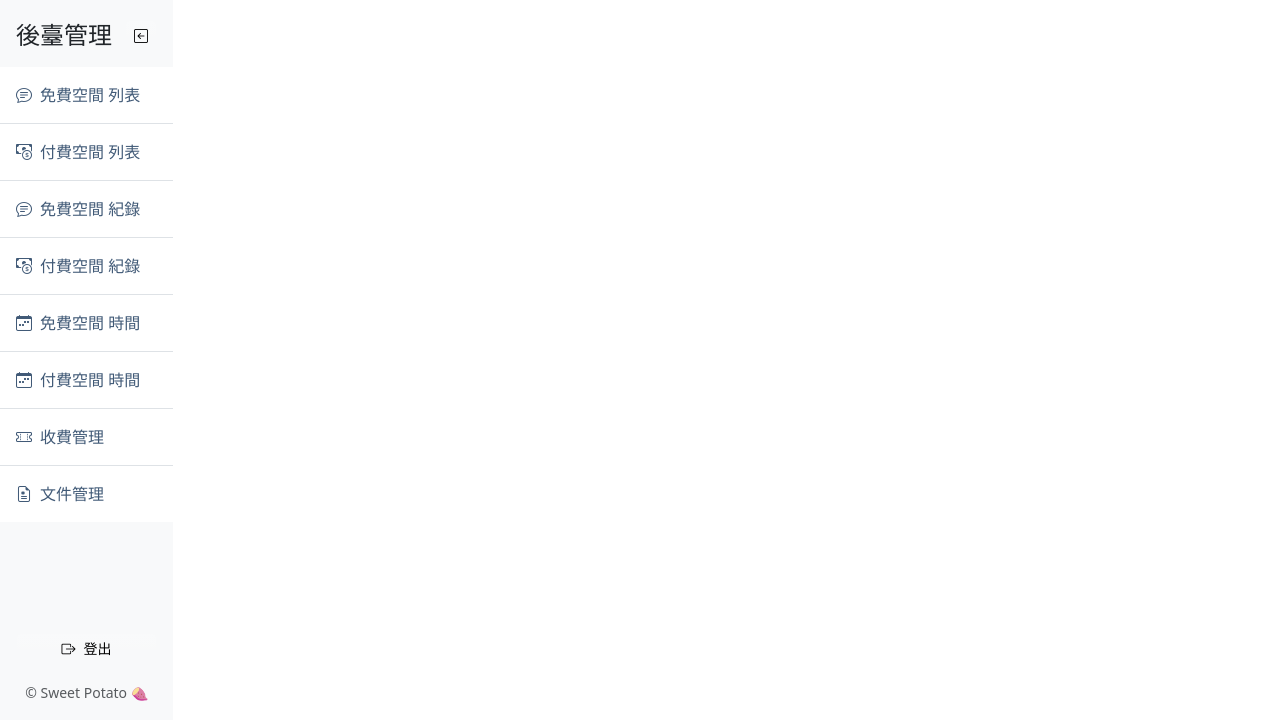
Repository: sweet-potato-team/sweet-potato-team-web
Page: /#/admin (app in CAI_old_files/)
The author's editor kept a copy of each file at every save. The page is drawn from the files as they stood at one save, then again after the next save.
The browser window is 1280 px wide. The pictures show the whole page.
The project was rebuilt for these pictures with package versions that can differ from the ones it lists, and the page was loaded fresh each time. Also part of the build but not shown: CAI_old_files/src/pages/Login.js, CAI_old_files/src/components/admin/SpaceModal.js, CAI_old_files/src/components/Pagination.js, CAI_old_files/src/components/admin/ActionButtons.js, CAI_old_files/src/components/DeleteModal.js, CAI_old_files/src/pages/admin/AdminSpaces.js, CAI_old_files/src/components/admin/PaidSpaceModal.js, CAI_old_files/src/pages/admin/AdminPaidSpaces.js and 16 more.

Above is the page before, as saved 2024-08-30 11:21:22.

### CAI_old_files/src/stylesheets/all.scss
@import "bootstrap/scss/functions";
@import "./_variables";

@import "bootstrap/scss/bootstrap";

@import "./utilities";

### CAI_old_files/src/stylesheets/_utilities.scss

.object-cover {
  object-fit: cover;
}

.full-height {
  min-height: calc(100vh - 56px - 76px);
}

### CAI_old_files/src/pages/admin/Dashboard.js
import { Outlet, useNavigate } from 'react-router-dom';
import axios from 'axios';
import { useEffect, useReducer, useState } from 'react';
import Message from '../../components/Message';
import { MessageContext, messageReducer, initState } from '../../store/messageStore';
import SidebarLink from '../../components/SidebarLink'; // 引入SidebarLink组件

function Dashboard() {
  const navigate = useNavigate();
  const reducer = useReducer(messageReducer, initState);
  const [isCollapsed, setIsCollapsed] = useState(false);

  const logout = () => {
    document.cookie = 'hexToken=;';
    navigate('/login');
  };

  const toggleSidebar = () => {
    setIsCollapsed(!isCollapsed);
  };

  // 取出 Token
  const token = document.cookie
    .split('; ')
    .find((row) => row.startsWith('hexToken='))
    ?.split('=')[1];
  axios.defaults.headers.common['Authorization'] = token;

  useEffect(() => {
    if (!token) return;

    const headers = {
      'Authorization': `Bearer ${token}`
    };

    (async () => {
      try {
        const response = await axios.post('http://localhost:8080/users/check', {}, { headers });
        if (response.data.isValid) {
          navigate('/admin/spaces'); // 僅在成功驗證後跳轉
        }
      } catch (error) {
        if (error.response && error.response.status === 403) {
          navigate('/login');
        }
      }
    })();
  }, [token, navigate]); // 在這裡添加 navigate

  return (
    <MessageContext.Provider value={reducer}>
      <Message />
      <div className='d-flex' style={{ minHeight: '100vh' }}>
        <div className={`bg-light d-flex flex-column justify-content-between ${isCollapsed ? 'collapsed-sidebar' : ''}`} style={{ width: isCollapsed ? '60px' : '200px', paddingTop: '20px' }}>
          <div>
            <div className="d-flex justify-content-between align-items-center px-3">
              {!isCollapsed && <h4 style={{ margin: 0 }}>後臺管理</h4>}
              <button className="btn btn-light btn-sm" onClick={toggleSidebar}>
                <i className={`bi ${isCollapsed ? 'bi-arrow-right-square' : 'bi-arrow-left-square'}`}></i>
              </button>
            </div>
            <ul className='list-group list-group-flush mt-3'>
              <SidebarLink to='/admin/spaces' iconClass='bi bi-chat-text' label='免費空間 列表' isCollapsed={isCollapsed} activeColor='#415A77' defaultColor='#415A77' />
              <SidebarLink to='/admin/paid_spaces' iconClass='bi bi-cash-coin' label='付費空間 列表' isCollapsed={isCollapsed} activeColor='#415A77' defaultColor='#415A77' />
              <SidebarLink to='/admin/space_rentals' iconClass='bi bi-chat-text' label='免費空間 紀錄' isCollapsed={isCollapsed} activeColor='#415a77' defaultColor='#415A77' />
              <SidebarLink to='/admin/paid_space_rentals' iconClass='bi bi-cash-coin' label='付費空間 紀錄' isCollapsed={isCollapsed} activeColor='#415a77' defaultColor='#415A77' />
              {/* <SidebarLink to='/admin/products' iconClass='bi bi-archive' label='產品列表' isCollapsed={isCollapsed} activeColor='#415A77' defaultColor='#415A77' />
              <SidebarLink to='/admin/coupons' iconClass='bi bi-ticket-perforated-fill' label='優惠卷列表' isCollapsed={isCollapsed} activeColor='#415A77' defaultColor='#415A77' /> */}
              {/* 新增的連結 */}
              <SidebarLink to='/admin/manage_free_times' iconClass='bi bi-calendar-week me-2' label='免費空間 時間' isCollapsed={isCollapsed} activeColor='#415A77' defaultColor='#415A77' />
              <SidebarLink to='/admin/manage_paid_times' iconClass='bi bi-calendar-week me-2' label='付費空間 時間' isCollapsed={isCollapsed} activeColor='#415A77' defaultColor='#415A77' />

              <SidebarLink to='/admin/manage_charges' iconClass='bi bi-ticket-perforated' label='收費管理' isCollapsed={isCollapsed} activeColor='#415A77' defaultColor='#415A77' />
              <SidebarLink to='/admin/manage_documents' iconClass='bi bi-file-earmark-medical' label='文件管理' isCollapsed={isCollapsed} activeColor='#415A77' defaultColor='#415A77' />
            </ul>
          </div>
          <div className='p-3'>
            <button type='button' className='btn btn-sm btn-light w-100' onClick={logout}>
              <i className="bi bi-box-arrow-right me-2" />
              {!isCollapsed && '登出'}
            </button>
            {!isCollapsed && (
              <div className="text-center mt-3">
                <small className="text-muted">&copy; Sweet Potato 🍠</small>
              </div>
            )}
          </div>
        </div>
        <div className='w-100'>{token && <Outlet />}</div>
      </div>
    </MessageContext.Provider>
  );
}

export default Dashboard;

Loaded but not shown: CAI_old_files/public/index.html (common file); CAI_old_files/src/reportWebVitals.js (common file); CAI_old_files/src/App.js (40 lines, source omitted); CAI_old_files/src/store/messageStore.js (61 lines, source omitted); CAI_old_files/src/components/Message.js (38 lines, source omitted); CAI_old_files/src/index.js (23 lines, source omitted); CAI_old_files/src/components/SidebarLink.js (20 lines, source omitted); CAI_old_files/src/stylesheets/_variables.scss (1636 lines, source omitted)

After the next save:
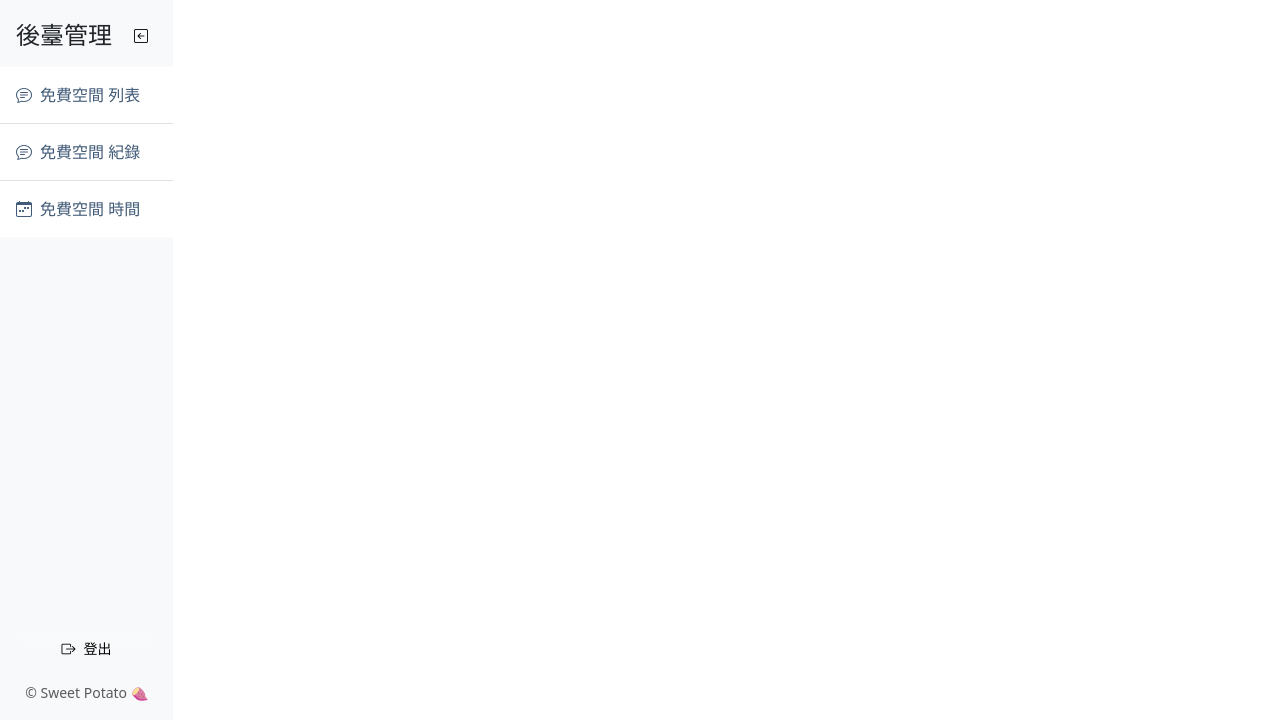
Saved 93 s later.
--- a/CAI_old_files/src/pages/admin/Dashboard.js
+++ b/CAI_old_files/src/pages/admin/Dashboard.js
@@ -61,17 +61,13 @@ function Dashboard() {
             </div>
             <ul className='list-group list-group-flush mt-3'>
               <SidebarLink to='/admin/spaces' iconClass='bi bi-chat-text' label='免費空間 列表' isCollapsed={isCollapsed} activeColor='#415A77' defaultColor='#415A77' />
-              <SidebarLink to='/admin/paid_spaces' iconClass='bi bi-cash-coin' label='付費空間 列表' isCollapsed={isCollapsed} activeColor='#415A77' defaultColor='#415A77' />
+              {/* <SidebarLink to='/admin/paid_spaces' iconClass='bi bi-cash-coin' label='付費空間 列表' isCollapsed={isCollapsed} activeColor='#415A77' defaultColor='#415A77' /> */}
               <SidebarLink to='/admin/space_rentals' iconClass='bi bi-chat-text' label='免費空間 紀錄' isCollapsed={isCollapsed} activeColor='#415a77' defaultColor='#415A77' />
-              <SidebarLink to='/admin/paid_space_rentals' iconClass='bi bi-cash-coin' label='付費空間 紀錄' isCollapsed={isCollapsed} activeColor='#415a77' defaultColor='#415A77' />
-              {/* <SidebarLink to='/admin/products' iconClass='bi bi-archive' label='產品列表' isCollapsed={isCollapsed} activeColor='#415A77' defaultColor='#415A77' />
-              <SidebarLink to='/admin/coupons' iconClass='bi bi-ticket-perforated-fill' label='優惠卷列表' isCollapsed={isCollapsed} activeColor='#415A77' defaultColor='#415A77' /> */}
-              {/* 新增的連結 */}
+              {/* <SidebarLink to='/admin/paid_space_rentals' iconClass='bi bi-cash-coin' label='付費空間 紀錄' isCollapsed={isCollapsed} activeColor='#415a77' defaultColor='#415A77' /> */}
+
               <SidebarLink to='/admin/manage_free_times' iconClass='bi bi-calendar-week me-2' label='免費空間 時間' isCollapsed={isCollapsed} activeColor='#415A77' defaultColor='#415A77' />
-              <SidebarLink to='/admin/manage_paid_times' iconClass='bi bi-calendar-week me-2' label='付費空間 時間' isCollapsed={isCollapsed} activeColor='#415A77' defaultColor='#415A77' />
+              {/* <SidebarLink to='/admin/manage_paid_times' iconClass='bi bi-calendar-week me-2' label='付費空間 時間' isCollapsed={isCollapsed} activeColor='#415A77' defaultColor='#415A77' /> */}
 
-              <SidebarLink to='/admin/manage_charges' iconClass='bi bi-ticket-perforated' label='收費管理' isCollapsed={isCollapsed} activeColor='#415A77' defaultColor='#415A77' />
-              <SidebarLink to='/admin/manage_documents' iconClass='bi bi-file-earmark-medical' label='文件管理' isCollapsed={isCollapsed} activeColor='#415A77' defaultColor='#415A77' />
             </ul>
           </div>
           <div className='p-3'>
